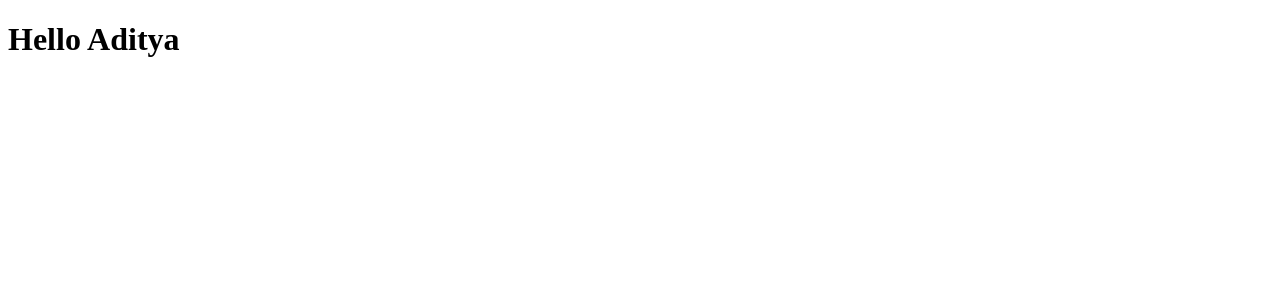
Repository: Adityayadav26/Advance-Java
Page: http://localhost/Web-Project/
These files come from the project's save history. The page is drawn as it stood at one moment and after the next save; the edit follows.
The browser window is 1280 px wide. The pictures show the whole page.
The page is served by Tomcat 9. Other server files are loaded and not shown.

Above is the page before, as saved 2026-01-21 09:44:35.

### JspServlet/Web-Project/WebContent/index.jsp
<%@ page language="java" contentType="text/html; charset=ISO-8859-1"
	pageEncoding="ISO-8859-1"%>
<!DOCTYPE html>
<html>
<head>
<meta charset="ISO-8859-1">
<title>Insert title here</title>
</head>
<body>
	<h1>Hello Aditya</h1>
</body>
</html>

After the next save:
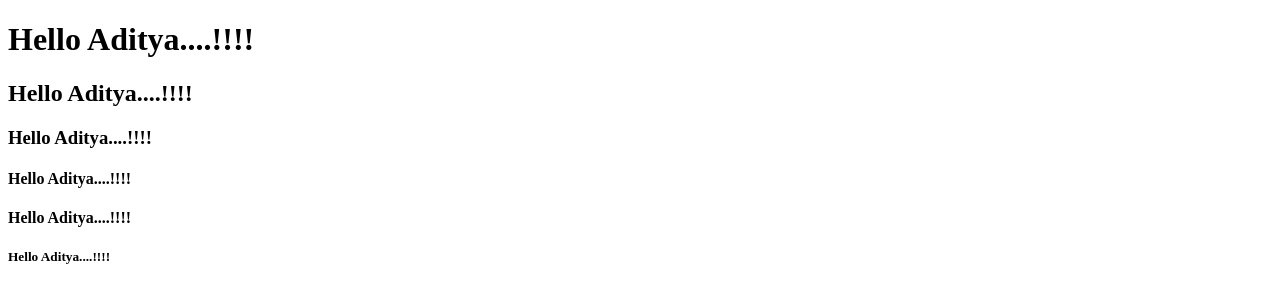
Saved 2 min 10 s later.
--- a/JspServlet/Web-Project/WebContent/index.jsp
+++ b/JspServlet/Web-Project/WebContent/index.jsp
@@ -7,6 +7,13 @@
 <title>Insert title here</title>
 </head>
 <body>
-	<h1>Hello Aditya</h1>
+	<div>
+		<h1>Hello Aditya....!!!!</h1>
+		<h2>Hello Aditya....!!!!</h2>
+		<h3>Hello Aditya....!!!!</h3>
+		<h4>Hello Aditya....!!!!</h4>
+		<h4>Hello Aditya....!!!!</h4>
+		<h5>Hello Aditya....!!!!</h5>
+	</div>
 </body>
 </html>
